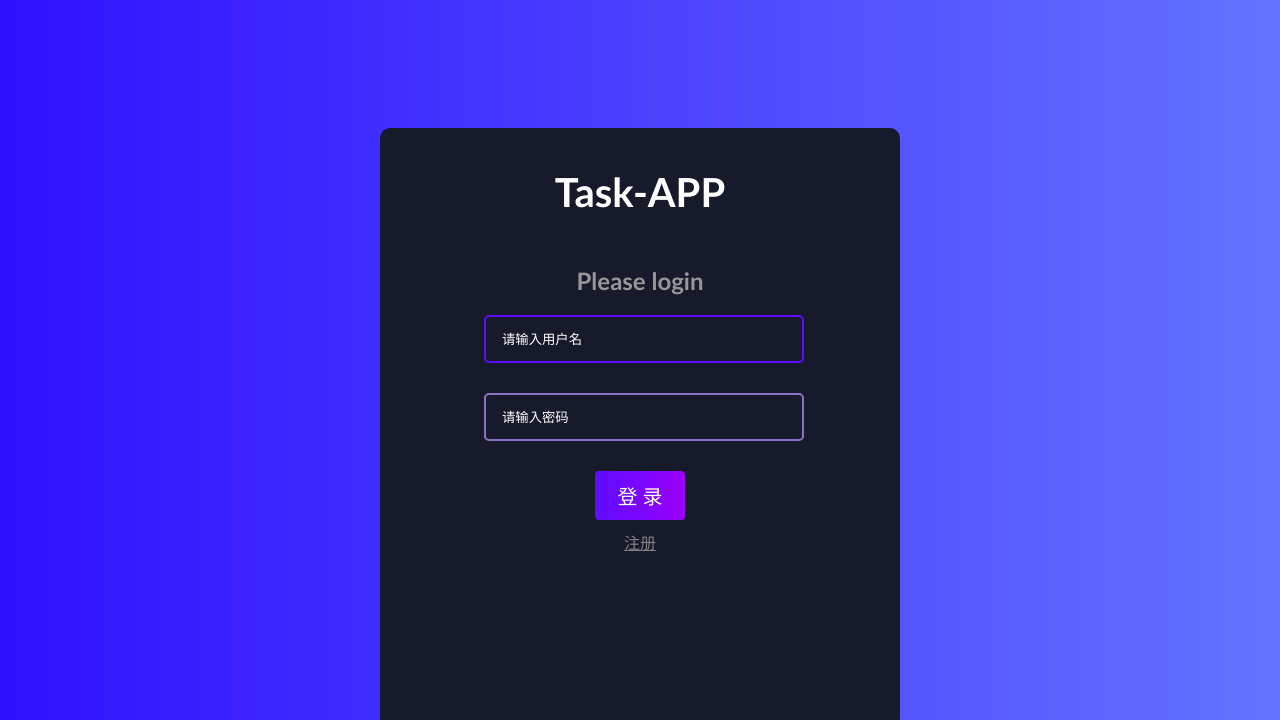
Repository: Azem723/todo-list-app
Page: /
An editor plug-in stored every save of this project. The page is shown before and after the next save, followed by the edit.
The browser window is 1280 px wide. The pictures show the whole page.
An inner scrolling area shows only its first screen. The project was rebuilt for these pictures with package versions that can differ from the ones it lists, and the page was loaded fresh each time. Also part of the build but not shown: src/components/todoForm/TodoForm.module.css, src/components/todoForm/TodoForm.jsx, src/components/todoList/TodoList.module.css, src/components/todo/Todo.module.css, src/components/todo/Todo.jsx, src/components/todoList/TodoList.jsx, src/pages/home/Home.jsx, src/pages/NotFoundPages.jsx and 4 more.

Above is the page before, as saved 2021-12-08 10:28:42.

After the next save:
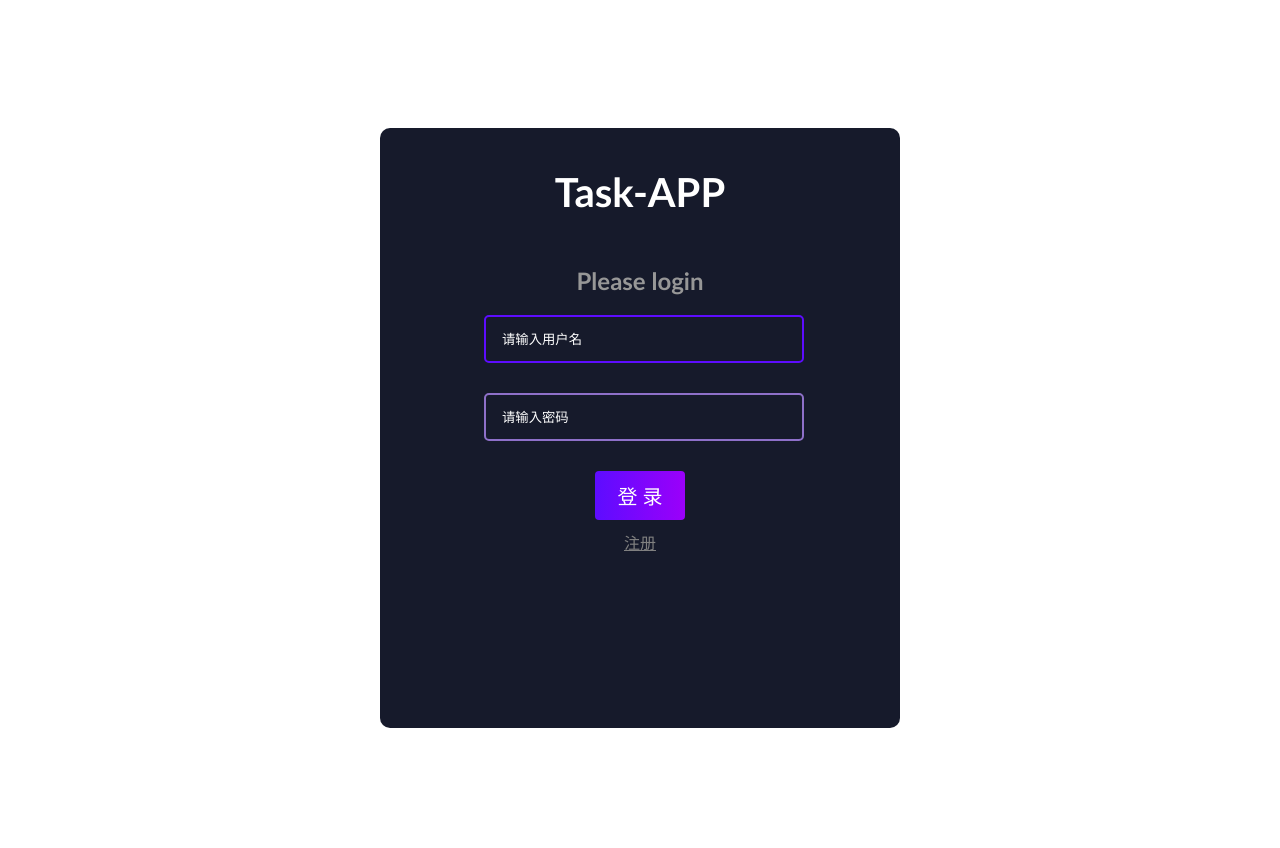
Saved 44 min 5 s later.
--- a/src/App.css
+++ b/src/App.css
@@ -10,7 +10,7 @@
   height: 100vh;
   padding-bottom: env(safe-area-inset-bottom);
 }
-.fixedBg {
+/* .fixedBg {
   background: linear-gradient(
     90deg,
     rgba(48, 16, 255, 1) 0%,
@@ -21,7 +21,7 @@
   position: fixed;
   overflow-y: scroll;
   -webkit-overflow-scrolling: touch;
-}
+} */
 
 .todo-app {
   display: flex;
